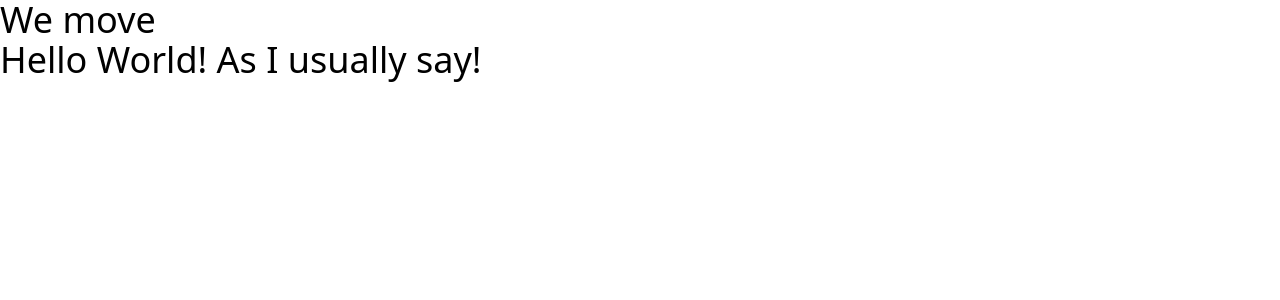
Repository: thasquirrie/fanmanagement
Page: / (app in frontend/)
An editor plug-in stored every save of this project. The page is shown before and after the next save, followed by the edit.
The browser window is 1280 px wide. The pictures show the whole page.
The project was rebuilt for these pictures with package versions that can differ from the ones it lists, and the page was loaded fresh each time. A package was used in the major version that the imports need, not the one package.json lists. Also part of the build but not shown: frontend/craco.config.js, frontend/src/App.css.

Above is the page before, as saved 2021-05-25 13:43:21.

### frontend/public/index.html
<!DOCTYPE html>
<html lang="en">

<head>
  <meta charset="utf-8" />
  <link rel="icon" href="%PUBLIC_URL%/favicon.ico" />
  <meta name="viewport" content="width=device-width, initial-scale=1" />
  <meta name="theme-color" content="#000000" />
  <meta name="description" content="Web site created using create-react-app" />
  <link rel="apple-touch-icon" href="%PUBLIC_URL%/logo192.png" />
  <!--
      manifest.json provides metadata used when your web app is installed on a
      user's mobile device or desktop. See https://developers.google.com/web/fundamentals/web-app-manifest/
    -->
  <link rel="manifest" href="%PUBLIC_URL%/manifest.json" />
  <!--
      Notice the use of %PUBLIC_URL% in the tags above.
      It will be replaced with the URL of the `public` folder during the build.
      Only files inside the `public` folder can be referenced from the HTML.

      Unlike "/favicon.ico" or "favicon.ico", "%PUBLIC_URL%/favicon.ico" will
      work correctly both with client-side routing and a non-root public URL.
      Learn how to configure a non-root public URL by running `npm run build`.
    -->
  <title>React App</title>
</head>

<body>
  <noscript>You need to enable JavaScript to run this app.</noscript>
  <div class='text-4xl' id="root"></div>
  <!--
      This HTML file is a template.
      If you open it directly in the browser, you will see an empty page.

      You can add webfonts, meta tags, or analytics to this file.
      The build step will place the bundled scripts into the <body> tag.

      To begin the development, run `npm start` or `yarn start`.
      To create a production bundle, use `npm run build` or `yarn build`.
    -->
</body>

</html>

### frontend/src/index.css
body {
 margin: 0;
 font-family: -apple-system, BlinkMacSystemFont, 'Segoe UI', 'Roboto', 'Oxygen',
  'Ubuntu', 'Cantarell', 'Fira Sans', 'Droid Sans', 'Helvetica Neue', sans-serif;
 -webkit-font-smoothing: antialiased;
 -moz-osx-font-smoothing: grayscale;
}

code {
 font-family: source-code-pro, Menlo, Monaco, Consolas, 'Courier New', monospace;
}

@tailwind base;
@tailwind components;
@tailwind utilities;

### frontend/src/App.js
import { Route, BrowserRouter, Switch } from 'react-router-dom';
import Header from './components/Header';
import HomeScreen from './screens/HomeScreen';
// import logo from './logo.svg';
import './App.css';

function App() {
 return (
  <BrowserRouter>
   <Header />
   <main className='container'>
    <Switch>
     <Route path='/' component={HomeScreen} />
    </Switch>
   </main>
  </BrowserRouter>
 );
}

export default App;

### frontend/src/components/Header.jsx
import React from 'react';
import { NavLink } from 'react-router-dom';

const Header = () => {
 let collapse = document.querySelector('#navbar-collapse');

 const handleClick = (e) => {
  console.log(collapse);
  collapse.classList.toggle('hidden');
  collapse.classList.toggle('flex');
 };

 return (
  <div>We move</div>
  // <nav className='bg-white py-2 md:py-4'>
  //  <div className='container px-4 mx-auto md:flex md:items-center'>
  //   <div className='flex justify-between items-center'>
  //    <NavLink to='/' className='font-bold text-xl text-indigo-600'>
  //     FWR
  //    </NavLink>
  //    <button
  //     className='border border-solid border-gray-600 px-3 py-1 rounded text-gray-600 opacity-50 hover:opacity-75 md:hidden'
  //     id='navbar-toggle'
  //     onClick={handleClick}
  //    >
  //     <i className='fas fa-bars'></i>
  //    </button>
  //   </div>

  //   <div
  //    className='md:flex flex-col md:flex-row md:ml-auto mt-3 md:mt-0  hidden'
  //    id='navbar-collapse'
  //   >
  //    <NavLink
  //     to='/'
  //     className='p-2 lg:px-4 md:mx-2 text-white rounded active:bg-indigo-600'
  //    >
  //     Home
  //    </NavLink>
  //    <NavLink
  //     to='#'
  //     className='p-2 lg:px-4 md:mx-2 text-gray-600 rounded hover:bg-gray-200 hover:text-gray-700 transition-colors duration-300 active:bg-indigo-600'
  //    >
  //     About
  //    </NavLink>
  //    <NavLink
  //     to='#'
  //     className='p-2 lg:px-4 md:mx-2 text-gray-600 rounded hover:bg-gray-200 hover:text-gray-700 transition-colors duration-300'
  //    >
  //     Features
  //    </NavLink>
  //    <NavLink
  //     to='#'
  //     className='p-2 lg:px-4 md:mx-2 text-gray-600 rounded hover:bg-gray-200 hover:text-gray-700 transition-colors duration-300'
  //    >
  //     Pricing
  //    </NavLink>
  //    <NavLink
  //     to='#'
  //     className='p-2 lg:px-4 md:mx-2 text-gray-600 rounded hover:bg-gray-200 hover:text-gray-700 transition-colors duration-300'
  //    >
  //     Contact
  //    </NavLink>
  //    <NavLink
  //     to='#'
  //     className='p-2 lg:px-4 md:mx-2 text-indigo-600 text-center border border-transparent rounded hover:bg-indigo-100 hover:text-indigo-700 transition-colors duration-300'
  //    >
  //     Login
  //    </NavLink>
  //    <NavLink
  //     to='#'
  //     className='p-2 lg:px-4 md:mx-2 text-indigo-600 text-center border border-solid border-indigo-600 rounded hover:bg-indigo-600 hover:text-white transition-colors duration-300 mt-1 md:mt-0 md:ml-1'
  //    >
  //     Signup
  //    </NavLink>
  //   </div>
  //  </div>
  // </nav>
 );
};

export default Header;

### frontend/src/screens/HomeScreen.jsx
import React from 'react';

const HomeScreen = () => {
 return (
  <div>
   <h1>Hello World! As I usually say!</h1>
  </div>
 );
};

export default HomeScreen;

Loaded but not shown: frontend/src/index.js (common file); frontend/src/reportWebVitals.js (common file); frontend/tailwind.config.js (common file)

After the next save:
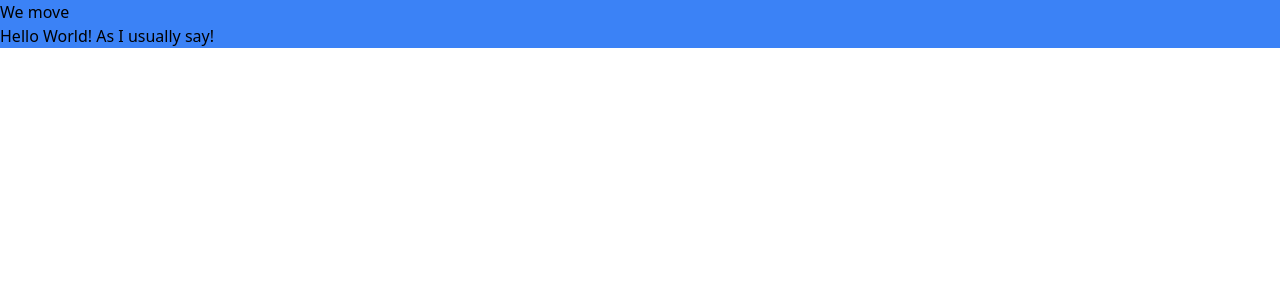
Saved 18 s later.
--- a/frontend/public/index.html
+++ b/frontend/public/index.html
@@ -27,7 +27,7 @@
 
 <body>
   <noscript>You need to enable JavaScript to run this app.</noscript>
-  <div class='text-4xl' id="root"></div>
+  <div class='bg-blue-500' id="root"></div>
   <!--
       This HTML file is a template.
       If you open it directly in the browser, you will see an empty page.
